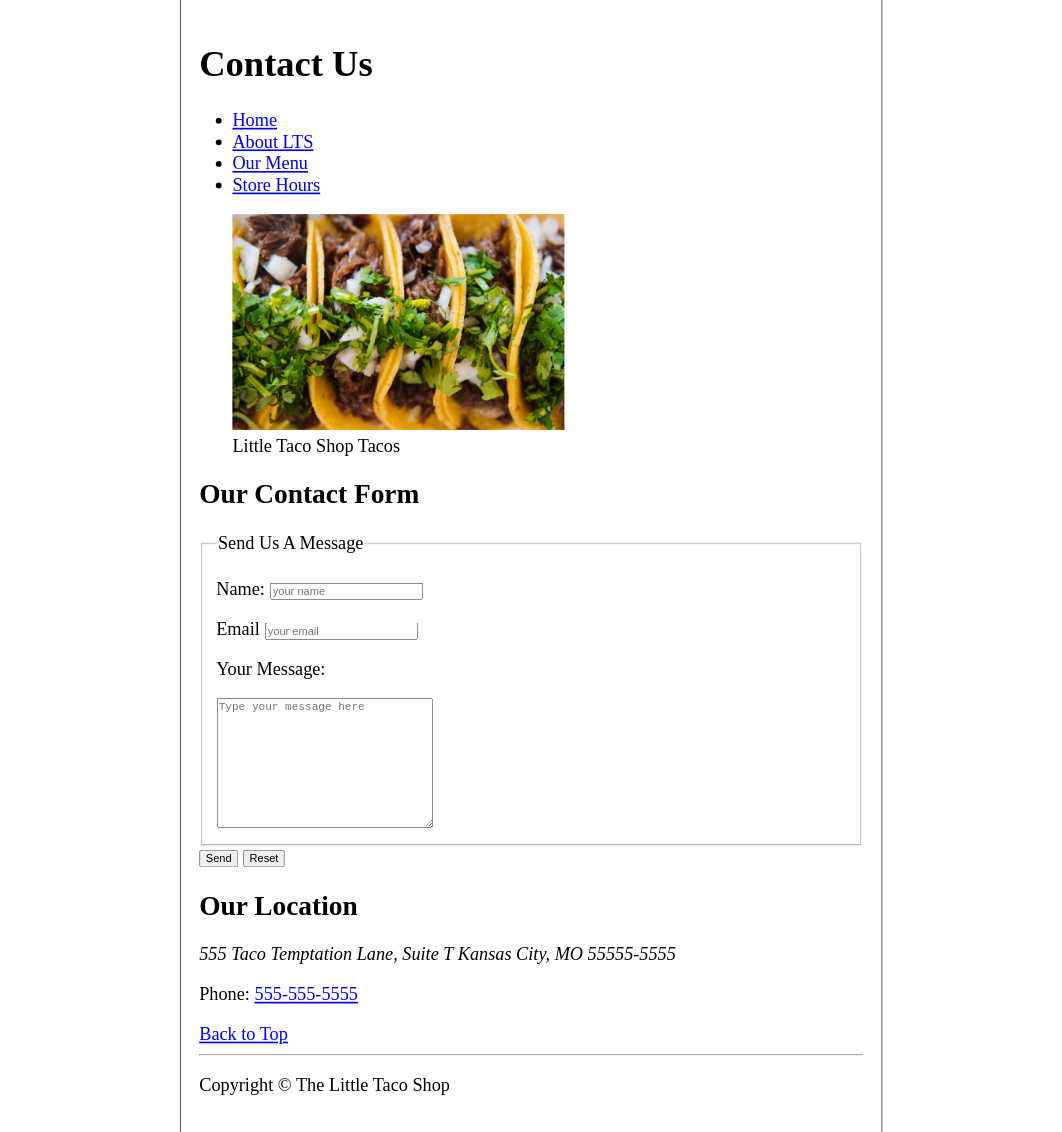
Repository: Israa-Odeh/html-basics-project
Page: contact.html
These files come from the project's save history. The page is drawn as it stood at one moment and after a run of saves; the edit follows.
The browser window is 1280 px wide. The pictures show the whole page, at 83% of full size.

Above is the page before, as saved 2024-08-20 03:17:12.

### contact.html
<!DOCTYPE html>
<html>

<head>
    <meta charset="UTF-8">
    <meta name="author" content="Israa Odeh">
    <meta name="description"
        content="Get in touch with Little Taco Shop! Visit our Contact Us page for our phone number, and location details. We are here to help with any questions or feedback.">
    <title>Contact Us - LTS</title>
    <link rel="icon" href="favicon.ico" type="image/x-icon">
    <link rel="stylesheet" href="css/style.css">
</head>

<body>
    <header>
        <h1>Contact Us</h1>
        <nav>
            <ul>
                <li>
                    <a href="index.html">Home</a>
                </li>
                <li>
                    <a href="index.html#about">About LTS</a>
                </li>
                <li>
                    <a href="index.html#menu">Our Menu</a>
                </li>
                <li>
                    <a href="hours.html">Store Hours</a>
                </li>
            </ul>
        </nav>
        <figure>
            <img src="img/tacos_close_up_400x260.png"
                alt="Close-up of a taco topped with fresh onions and vibrant parsley." width="400" height="260">
            <figcaption>Little Taco Shop Tacos</figcaption>
        </figure>
    </header>

    <main>
        <h2>Our Contact Form</h2>
        <form action="https://httpbin.org/post" method="post">
            <fieldset>
                <legend>Send Us A Message</legend>
                <p>
                    <label for="name">Name:</label>
                    <input type="text" id="name" name="name" placeholder="your name" required autocomplete="name">
                </p>
                <p>
                    <label for="email">Email</label>
                    <input type="email" id="email" name="email" placeholder="your email" required autocomplete="email">
                </p>
                <p>Your Message:</p>
                <textarea name="messgae" id="message" rows="10" cols="30" placeholder="Type your message here"
                    required></textarea>
            </fieldset>
            <button type="submit">Send</button>
            <button type="reset">Reset</button>
        </form>

        <h2>Our Location</h2>
        <address>
            555 Taco Temptation Lane, Suite T
            Kansas City, MO 55555-5555
        </address>
        <p>Phone: <a href="tel:555-555-5555">555-555-5555</a></p>
    </main>

    <footer>
        <a href="#top">Back to Top</a>
        <hr>
        <p>Copyright &copy; The Little Taco Shop</p>
    </footer>

</body>

</html>

Loaded but not shown: css/style.css (common file)

After the next 3 saves:
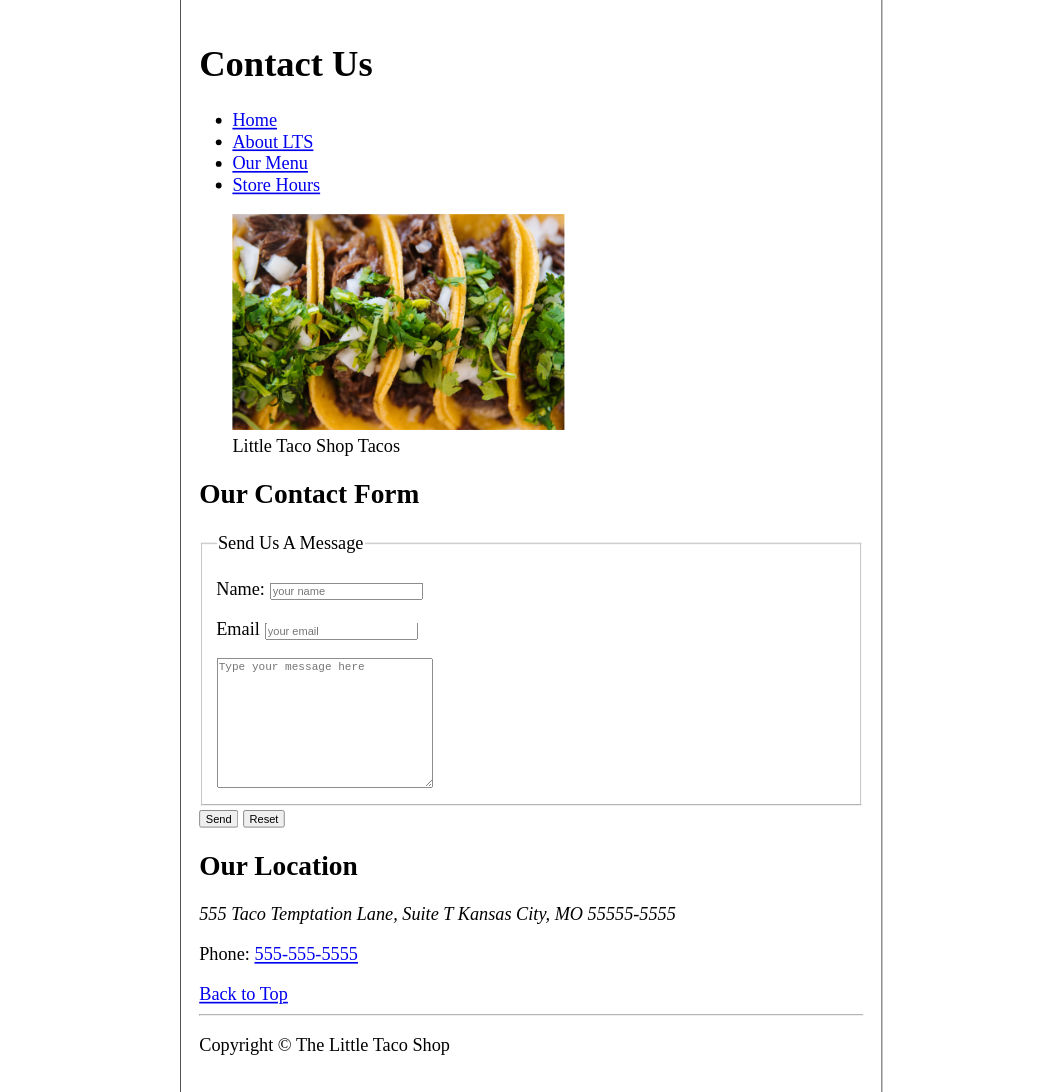
The 3 saves are shown as one change because they came seconds apart.
The last was saved 88 s later.
--- a/contact.html
+++ b/contact.html
@@ -50,7 +50,7 @@
                     <label for="email">Email</label>
                     <input type="email" id="email" name="email" placeholder="your email" required autocomplete="email">
                 </p>
-                <p>Your Message:</p>
+                <label for="message"></label>
                 <textarea name="messgae" id="message" rows="10" cols="30" placeholder="Type your message here"
                     required></textarea>
             </fieldset>
